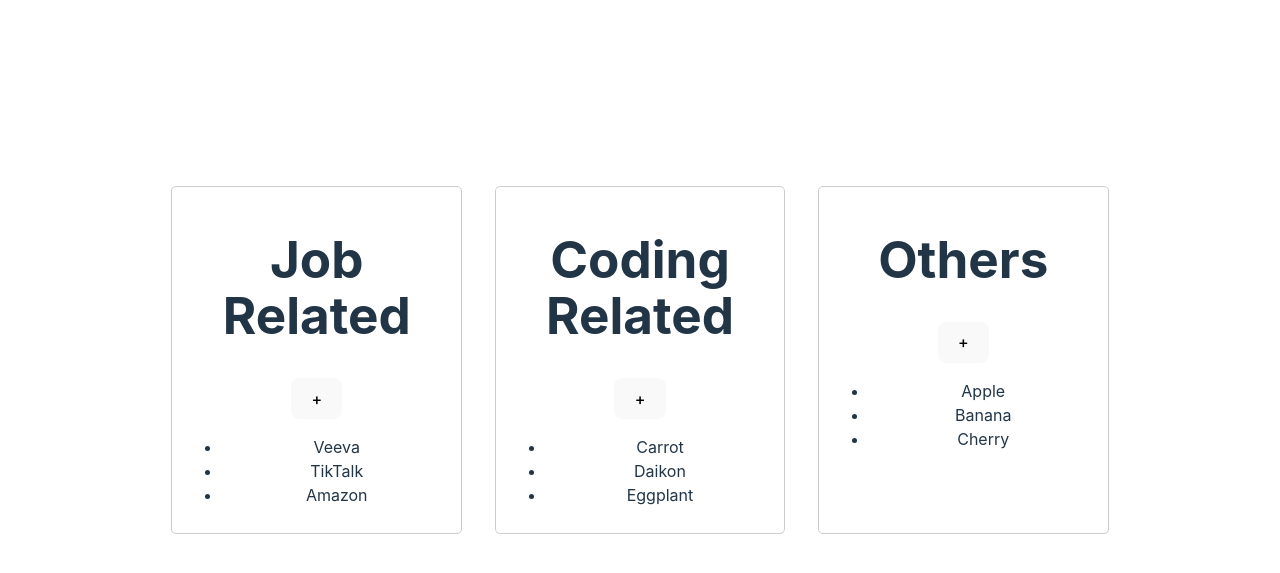
Repository: UofS-Jinhua/MyWebApp
Page: /
The author's editor kept a copy of each file at every save. The page is drawn from the files as they stood at one save, then again after the next save.
The browser window is 1280 px wide. The pictures show the whole page.
The project was rebuilt for these pictures with package versions that can differ from the ones it lists, and the page was loaded fresh each time. Also part of the build but not shown: vite.config.js.

Above is the page before, as saved 2024-10-23 12:59:31.

After the next save:
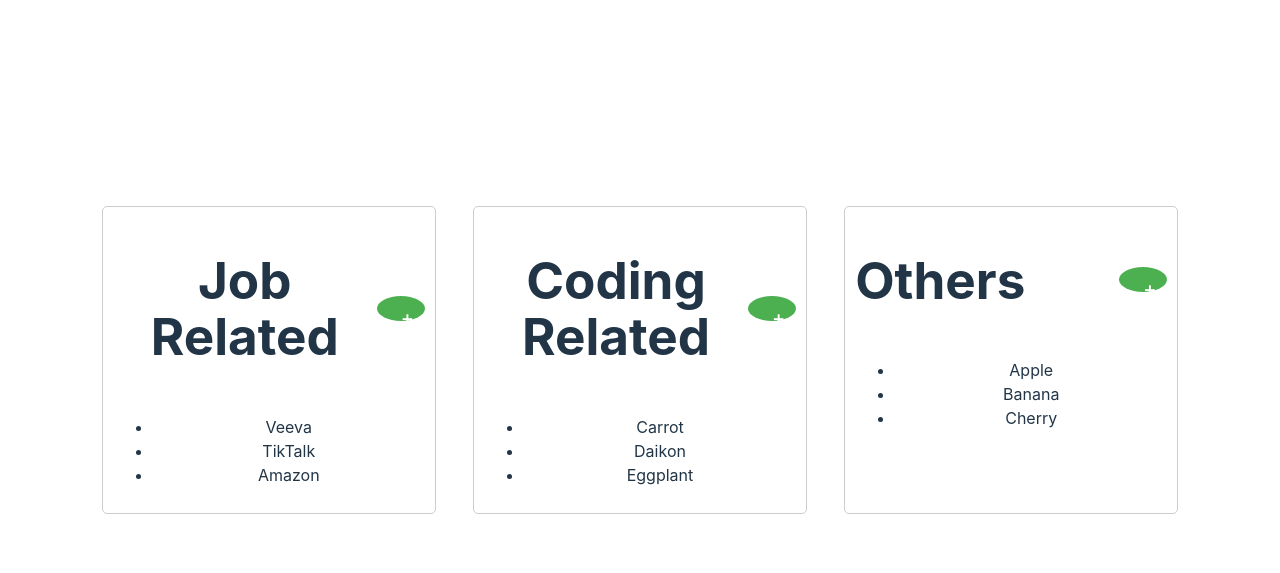
Saved 58 s later.
--- a/src/App.css
+++ b/src/App.css
@@ -10,7 +10,7 @@
   justify-content: space-around;
 }
 
-.categories-container > div {
+.category {
   margin: 10px;
   padding: 10px;
   border: 1px solid #ccc;
@@ -18,3 +18,26 @@
   width: 30%;
   box-sizing: border-box;
 }
+
+.category-header {
+  display: flex;
+  justify-content: space-between;
+  align-items: center;
+}
+
+.add-button {
+  background-color: #4caf50;
+  color: white;
+  border: none;
+  border-radius: 50%;
+  width: 25px;
+  height: 25px;
+  font-size: 20px;
+  line-height: 20px;
+  text-align: center;
+  cursor: pointer;
+}
+
+.add-button:hover {
+  background-color: #45a049;
+}
